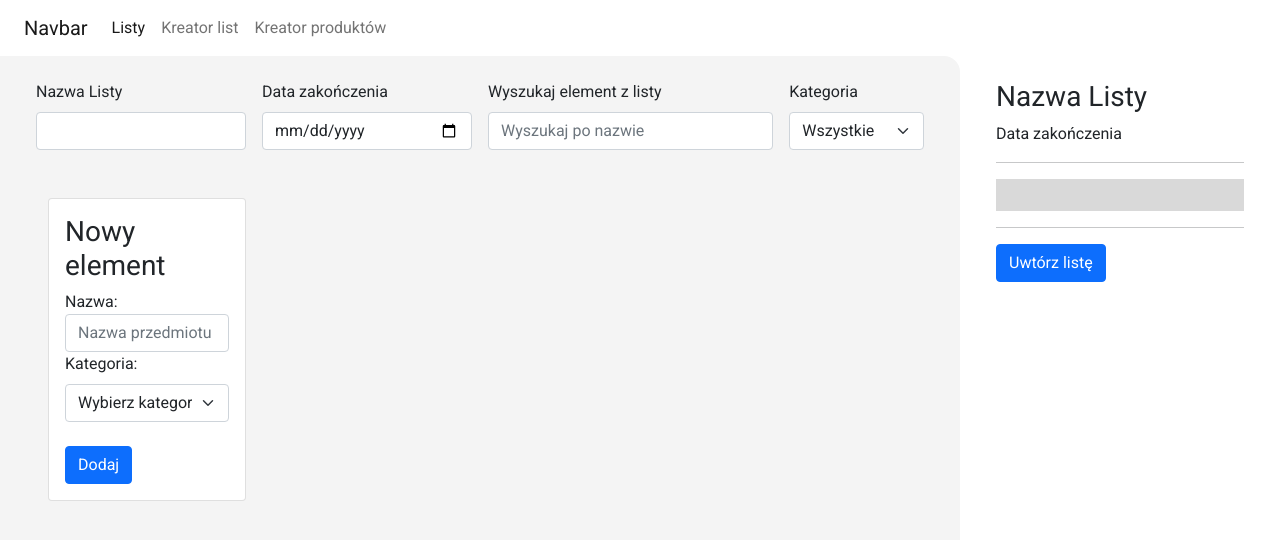
Repository: alphatra/Task-menager
Page: http://localhost/php/src/views/createList.php
These files come from the project's save history. The page is drawn as it stood at one moment and after the next save; the edit follows.
The browser window is 1280 px wide. The pictures show the whole page.
The page is run by PHP 8.4 with error messages shown; the project is at /var/www/html/. Queries for data that is not in the repository find no rows.

Above is the page before, as saved 2023-02-11 17:05:51.

### php/src/views/createList.php
<!DOCTYPE html>
<html lang="en">
<head>
    <meta charset="UTF-8">
    <meta http-equiv="X-UA-Compatible" content="IE=edge">
    <meta name="viewport" content="width=device-width, initial-scale=1.0">
    <title>Document</title>
    <script src="https://ajax.googleapis.com/ajax/libs/jquery/3.6.1/jquery.min.js"></script>
    <link href="https://cdn.jsdelivr.net/npm/bootstrap@5.0.2/dist/css/bootstrap.min.css" rel="stylesheet" integrity="sha384-EVSTQN3/azprG1Anm3QDgpJLIm9Nao0Yz1ztcQTwFspd3yD65VohhpuuCOmLASjC" crossorigin="anonymous">
    <script src="https://cdn.jsdelivr.net/npm/@popperjs/core@2.9.2/dist/umd/popper.min.js" integrity="sha384-IQsoLXl5PILFhosVNubq5LC7Qb9DXgDA9i+tQ8Zj3iwWAwPtgFTxbJ8NT4GN1R8p" crossorigin="anonymous"></script>
    <script src="https://cdn.jsdelivr.net/npm/bootstrap@5.0.2/dist/js/bootstrap.min.js" integrity="sha384-cVKIPhGWiC2Al4u+LWgxfKTRIcfu0JTxR+EQDz/bgldoEyl4H0zUF0QKbrJ0EcQF" crossorigin="anonymous"></script>
    <script>
        const catergories = {
            1: 'Elektronika',
            2: 'Meble',
            3: 'Kosmetyki',
            4: 'Jedzenie',
            5: 'Ubrania',
            6: 'Zabawki',
            7: 'Sport',
            8: 'Książki',
            9: 'Narzędzia',
            10: 'RTV'
        }

        console.log(catergories);
        $(document).ready(function() {
            const select = $('select');
            $.each(catergories, function(i, item) {
                $('select').append($("<option>", {
                    value: item,
                    text: item
                }))
                $('select').append($("<option>", {
                    value: item,
                    text: item
                }))
            });
            let _dataItems = [];
            let private_item = $(`<div class="col-xl-3 col-lg-4 col-md-6 col-12 mb-4">
                        <div class="card">
                            <div class="card-body">
                                <h3 class="card-title">Nowy element</h3>
                                Nazwa:
                                <input type="text" class="form-control" id="priv_item" placeholder="Nazwa przedmiotu">
                                Kategoria: <select id="inputState" class="form-select mt-2">
                                    <option selected>Wybierz kategorię</option>

                                    </select>
                                <input class="btn btn-primary mt-4" id="add_tolist" type="button" value="Dodaj">
                            </div>
                        </div>
                    </div>`);
    let loadData = (param,_category) => {
        $.ajax({
            url: '../controller.php',
            dataType: 'json',
            method: 'POST',
            data:{tablename:"products", search: param, category:_category},
            beforeSend: function() {
                $("#loading-image").show();
             },
            success: function(data) {
                console.log(data);
                let content = $('#objects').empty()
                content.append(private_item)
                let dataItems = JSON.parse(JSON.stringify(data))
                _dataItems = data
                dataItems = dataItems.map((item) => {
                    return $(`
                    <div class="col-lg-3 col-md-5 col-sm-5 mb-4">
      <div class="card">
        <div class="card-header img-atas" style="background-image: url('https://picsum.photos/300/100'); background-position: 50% 10%;">
        </div>
        <div class="card-body">
          <div class="row">
            <h5>${item.product_name}</h5>
          </div>
          <div class="row">
            <h6 class="text-secondary">${catergories[item.category_id]}</h6>
          </div>
          <div class="row">
            <div class="d-flex justify-content-between">
              <p class="text-primary">${item.product_description.substring(0, 29)}</p>
              <p class="text-warning">
		<input class="btn btn-primary" id="add_tolist" type="button" value="Dodaj" data-product-id="${item.id_product}" data-product-name="${item.product_name}" data-product-quantity="1">
		</p>
            </div>
          </div>
        </div>
      </div>
    </div>
                    `)
                })
                content.append(dataItems)

            },
            error: function (jqXHR, exception){
                console.log(jqXHR, exception);

            }
        })

    }
    let createList_Ajax = (param) =>{
        $.ajax({
            url: '../controller_1.php',
            method: 'POST',
            data:{data: param},
            cache: false,
            success: function(data) {
                console.log(data);
            },
            error: function (xhr, status, error){
                console.log(status);

            }
        })
    }
    let createListItems_Ajax = (param) =>{
        $.ajax({
            url: '../controller_1.php',
            method: 'POST',
            data:{data: param},
            cache: false,
            success: function(data) {
                console.log(data);
            },
            error: function (xhr, status, error){
                console.log(status);

            }
        })
    }

    loadData()

    $("#searchItem, select").on("keyup change", function() {
        let inputVal = $("#searchItem").val();
        let selectVal = $("select").val();
        if (inputVal.length > 0 || selectVal > 0) {
            inputVal = inputVal.length == 0 ? '' : inputVal;
            selectVal = selectVal == 0 ? '' : selectVal;
            loadData(inputVal, selectVal);
        } else {
            loadData();
        }
    });
    let products = {product_id:[],product_title:[],qty:[]};
    let list = {
            list_name: '',
            end_date: '',
            products: [products]
        };

    let add_products = (id, title, quantity) => {
        if (!checkIfExists(id)) {
            products.product_id.push(id);
            products.product_title.push(title);
            products.qty.push(quantity);
        }
    }

    let checkIfExists = (id) => {
        for (let i = 0; i < products.product_id.length; i++) {
            if (products.product_id[i] === id) {
                return true;
            }
        }
        return false;
    }

    let searchedProduct = (_id) =>{
        let found =  _dataItems.find(e => e.id_product == _id)
        return found.product_name
    }

    let generateContent = (_item,_qty) => {
        let content = $('#list_elements')
        content.empty()
        console.log(_qty);
        let listItems = _item.map((item) => {
            return $(`
            <h5>${searchedProduct(+item)}</h5>
            <input type="number" id="qty" value="1" class="form-control form-icon-trailing" />
            `)})
        content.append(listItems)
    }

    let crateList = () => {
        if(list.list_name != '' || list.end_date != '' || products.product_id.length != 0){
            console.log(list);
            createList_Ajax(list)
        }
    }
    $(document).on("click", "#add_tolist", function() {
        //console.log(list);
        //console.log(+this.name);
        //console.log(searchedProduct(+this.name));
        var productId = $(this).data('product-id');
        var productName = $(this).data('product-name');
        var productQuantity = $(this).data('product-quantity');

        console.log("Id produktu: " + productId);
        console.log("Nazwa produktu: " + productName);
        console.log("Ilość produktu: " + productQuantity);
        // Obsługa okienka modalnego z bootstrapa
        var myModal = new bootstrap.Modal(document.getElementById("exampleModal"))
        if(list.list_name == '' || list.end_date == ''){
            myModal.show()
            $(document).on("click", ".btn-secondary", function() {
                myModal.hide()
            })
            if (list.list_name == '') {
                $("#listName").addClass("is-invalid")
            }else{
                $("#listName").removeClass("is-invalid")
            }
            if (list.end_date == '') {
                $("#endDate").addClass("is-invalid")
            }else{
                $("#endDate").removeClass("is-invalid")
            }
            //console.log("Nie",list)
        }else{
            add_products(productId, productName, productQuantity);
            generateContent(list.products['product_id'],list.products['qty'])
            $("#listName, #endDate").removeClass("is-invalid")
            //console.log("Tak",list);
        }
    });
    $(document).on("click", "#crateList_button", function() {
        console.log(crateList());
    });
    $("#listName, #endDate").on("keyup change",function(){
        list = {
            list_name: $("#listName").val(),
            end_date: $("#endDate").val(),
            products: products
        }
        $("#list_name").text($("#listName").val());
        $("#end_date").text($("#endDate").val());
    });
})

    </script>
    <link rel="stylesheet" href="../assets/style.css">
</head>
<body>
    <!-- Modal -->
    <div class="modal fade" id="exampleModal" tabindex="-1" role="dialog" aria-labelledby="exampleModalLabel" aria-hidden="true">
        <div class="modal-dialog">
            <div class="modal-content">
                <div class="modal-header">
                    <h5 class="modal-title" id="exampleModalLabel">Uwaga!</h5>
                    <button type="button" class="btn-close" data-dismiss="modal" aria-label="Zamknij"></button>
                </div>
                <div class="modal-body">
                    Nie wypełniłeś wszystkich pól!
                </div>
                <div class="modal-footer">
                    <button type="button" class="btn btn-secondary" data-dismiss="modal">Zamknij</button>
                </div>
            </div>
        </div>
    </div>

    <div class="container-fluid">
        <nav class="navbar navbar-expand-lg navbar-light ">
            <div class="container-fluid">
                <a class="navbar-brand" href="#">Navbar</a>
                <button class="navbar-toggler" type="button" data-bs-toggle="collapse" data-bs-target="#navbarNav" aria-controls="navbarNav" aria-expanded="false" aria-label="Toggle navigation">
                    <span class="navbar-toggler-icon"></span>
                </button>
                <div class="collapse navbar-collapse" id="navbarNav">
                    <ul class="navbar-nav">
                        <li class="nav-item">
                            <a class="nav-link active" href="/">Listy</a>
                        </li>
                        <li class="nav-item">
                            <a class="nav-link" aria-current="page" href="views/createList.php">Kreator list</a>
                        </li>
                        <li class="nav-item">
                            <a class="nav-link" href="views/createProduct.php">Kreator produktów</a>
                        </li>
                    </ul>
                </div>
            </div>
        </nav>
        <div class="row">
            <div class="col-lg-9" style="background-color: #F4F4F4; border-top-right-radius: 1rem">
                <div class="container py-4 px-4">
                <form class="row g-3 needs-validation" novalidate>
                    <div id="listName_" class="col-md-3">
                        <label for="listName" class="form-label">Nazwa Listy</label>
                        <input type="text" class="form-control" id="listName" required>
                        <div class="invalid-feedback">
                            Podaj nazwę listy!
                        </div>
                    </div>
                    <div id="endDate_" class="col-md-3">
                        <label for="endDate" class="form-label">Data zakończenia</label>
                        <input type="date" class="form-control" id="endDate" required>
                        <div class="invalid-feedback">
                            Podaj nazwę listy!
                        </div>
                    </div>
                    <div id="searchItem_" class="col-md-4">
                        <label for="searchItem" class="form-label">Wyszukaj element z listy</label>
                        <input type="search" class="form-control" id="searchItem" aria-label="Search" placeholder="Wyszukaj po nazwie">
                    </div>
                    <div class="col-md-2">
                        <label for="inputState" class="form-label">Kategoria</label>
                        <select id="inputState" class="form-select">
                            <option selected value="0">Wszystkie</option>

                        </select>
                    </div>
                </form>
                <div id="objects" class="row m-0 mt-5"></div>
                </div>
            </div>
            <div class="col-lg-3">
                <div class="container pt-4">
                <h3 id="list_name">Nazwa Listy</h3>
                <span id="end_date">Data zakończenia</span>
                <hr class="hr1" />
                <div id="list_elements" class="px-3 py-3" style="background-color:#D9D9D9"></div>
                <hr class="hr1" />
                <button type="submit" id="crateList_button" class="btn btn-primary">Uwtórz listę</button>
                </div>
            </div>
        </div>
    </div>
</body>
</html>

### php/src/controller.php
<?php
session_start();
require_once('./model/CRUD.php');


$db = new db();
$_tablename = $_POST['tablename'];
if(isset($_POST['search'])){
    $search = $_POST['search'];
    $result = $db->searchData($_tablename,$search,'');
    if(isset($_POST['category'])){
        $_category = $_POST['category'];
        $result = $db->searchData($_tablename,$search,$_category);
    }
    echo $result;
}else{
    echo $db->getData($_tablename);
}
?>

### php/src/model/CRUD.php
<?php
class db{
    private $conn;
    public $servername;
    public $username;
    public $password;
    public $database;
    public $tablename;

    public function __construct($host="db", $database="mydb",
                                $username="root", $password="root"){
        $this->host = $host;
        $this->database = $database;
        $this->username = $username;
        $this->password = $password;

        try {
            // Tworzenie połączenia
            $this->conn = new mysqli($host, $username, $password, $database);
        } catch (Exception $e) {
            // Sprawdzanie połączenia
            die("Connection failed: " . mysqli_connect_error());

        }

        return $this->conn;
    }

    // Wyświetlanie list z bazy danych
    public function getData($tablename){
        $this->tablename = $tablename;
        $query = "SELECT * FROM $this->tablename";
        $result = mysqli_query($this->conn, $query);
        $result = mysqli_fetch_all($result, MYSQLI_ASSOC);

        return json_encode($result);
    }

    // Wyświetlanie list z bazy danych wraz z wyszukiwaniem
    public function searchData($tablename, $search, $category){
        $this->tablename = $tablename;
        $this->search = $search;
        $this->category = $category;
        if($tablename == 'products'){
            $query = "SELECT * FROM $this->tablename WHERE product_name LIKE '$this->search%'";
            if($category != ''){
                $query .= " AND category_id = $this->category";
            }
        }else{
            $query = "SELECT * FROM $this->tablename WHERE name LIKE '$this->search%'";
            if($category != ''){
                $query .= " AND category_id = $this->category";
            }
        }
        $result = mysqli_query($this->conn, $query);
        $result = mysqli_fetch_all($result, MYSQLI_ASSOC);

        return json_encode($result);
    }
    /*
    public function searchData($tablename="", $search=""){
        $this->tablename = "list";
        $this->search = "{$search}%";
        $query = "SELECT * FROM $this->tablename WHERE name LIKE ?";
        $stmt = $this->conn->prepare($query);
        $stmt->bind_param("s",$search);
        $stmt->execute();
        $result = $stmt->get_result();

        return json_encode($result->fetch_all(MYSQLI_ASSOC));
    }
    */

    // Dodawanie produktów do bazy danych
    public function createProduct($Param){
        $product_name = $Param[0];
        $product_description = $Param[1];
        $product_image = $Param[2];
        $category_id = $Param[3];
        $query = "INSERT INTO products (product_name, product_description, product_image, category_id)
                    VALUES ('{$product_name}', '{$product_description}', '{$product_image}', '{$category_id}')";

        mysqli_query($this->conn, $query);
    }

    public function fetchData($Data){
        $this->Data = $Data;
        $decoded_json = json_decode($Data, true);
        $product_name = $decoded_json['product_name'];
        $product_description = $decoded_json['product_description'];
        $product_image = $decoded_json['product_image'];
        $category_id = $decoded_json['category_id'];
        return [$product_name, $product_description, $product_image, $category_id];
    }

    public function getMaxId($tablename){
        $this->tablename = $tablename;
        $query = "SELECT MAX( id ) AS `Max_Id` FROM $this->tablename";
        $result = mysqli_query($this->conn, $query);
        $result = mysqli_fetch_all($result, MYSQLI_ASSOC);
        $result = $result[0]['Max_Id'];

        return $result + 1;
    }

    public function getIdList($list_name){
        $this->list_name = $list_name;
        $query = "SELECT id FROM list WHERE name = '$this->list_name'";
        $result = mysqli_query($this->conn, $query);
        $result = mysqli_fetch_all($result, MYSQLI_ASSOC);
        $result = $result[0]['id'];

        return $result;
    }

    public function createList($list_name, $end_date){
        $id = $this->getMaxId('list');
        $this->list_name = $list_name;
        $created_date = date("Y-m-d h:i:s");
        $this->end_date = $end_date;
        $query = "INSERT INTO list (id, name, created_date, end_date) VALUES ('{$id}','{$list_name}','{$created_date}','{$end_date}')";
        mysqli_query($this->conn, $query);
        return $query;
    }

    public function createListItems($qty,$list_name,$id_product){
        $id = $this->getMaxId('list_items');
        $this->qty = $qty;
        $this->list_name = $list_name;
        $list_name = $this->getIdList($list_name);
        $this->id_product = $id_product;

        $query = "INSERT INTO list_items (id, quantity, list_id, id_product) VALUES ('{$id}', '{$this->qty}', '{$list_name}', '{$this->id_product}')";
        mysqli_query($this->conn, $query);
        return $query;
    }

    public function addPrivateItem($item_key, $item_name, $item_category){
        $this->item_key = $item_key;
        $this->item_name = $item_name;
        $this->item_category = $item_category;

        $query = "INSERT INTO private_items (item_key, item_name, category_id) VALUES ('{$item_key}', '{$item_name}', '{$item_category}')";
        mysqli_query($this->conn, $query);
        return $query;
    }
}
?>

### php/src/assets/style.css
@import url('https://fonts.googleapis.com/css2?family=Roboto:ital,wght@0,300;0,400;1,500&display=swap');

body {
    font-family: 'Roboto', sans-serif;
    font-size: 16px;
    line-height: 1.5;
    background-color: white;
    margin: 0;
    padding: 0;
}
.black-border {
    border: 1px solid black;
    padding: 1rem;
}
.img-atas {
    width: auto;
    height: 100px;
    background-repeat: no-repeat;
    background-position: center;
    background-size: cover;
  }

hr {
    margin: 1rem 0;
    color: inherit;
    background-color: currentColor;
    border: 0;
    opacity: 0.25;
  }

After the next save:
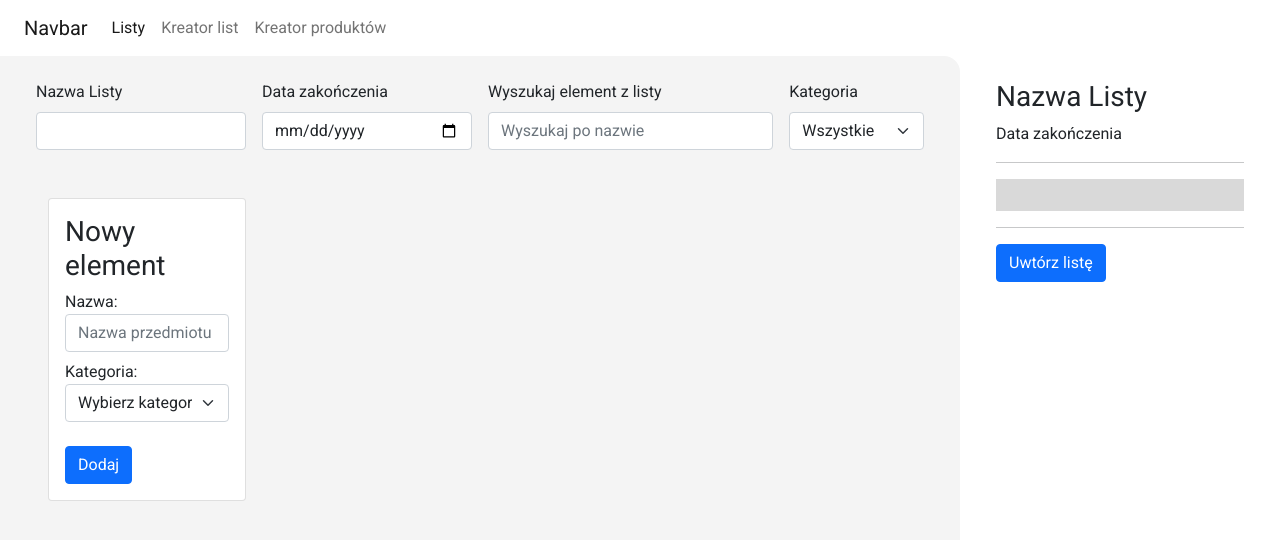
Saved 18 s later.
--- a/php/src/views/createList.php
+++ b/php/src/views/createList.php
@@ -42,8 +42,8 @@
                             <div class="card-body">
                                 <h3 class="card-title">Nowy element</h3>
                                 Nazwa:
-                                <input type="text" class="form-control" id="priv_item" placeholder="Nazwa przedmiotu">
-                                Kategoria: <select id="inputState" class="form-select mt-2">
+                                <input type="text" class="form-control mb-2" id="priv_item" placeholder="Nazwa przedmiotu">
+                                Kategoria: <select id="inputState" class="form-select">
                                     <option selected>Wybierz kategorię</option>
 
                                     </select>
